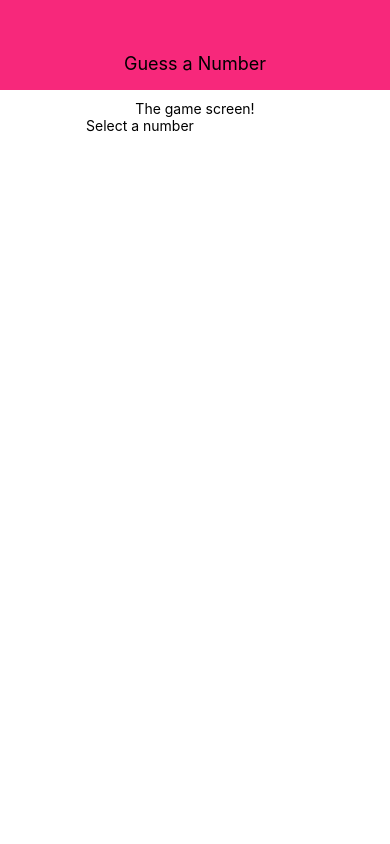
Repository: jes-wd/rn-num-guess
Screen: /
The author's editor kept a copy of each file at every save. The screen is drawn from the files as they stood at one save, then again after a run of saves.
The app was drawn by React Native's web renderer in a window 390 px wide. The project was rebuilt for these pictures with package versions that can differ from the ones it lists, and the page was loaded fresh each time.

Above is the screen before, as saved 2020-03-21 20:21:35.

### App.js
import React from 'react';
import { StyleSheet, View } from 'react-native';

import Header from './components/Header';
import StartGameScreen from './screens/StartGameScreen';

export default function App() {
  return (
    <View style={styles.screen}>
      <Header title="Guess a Number"/>
      <StartGameScreen />
    </View>
  );
}

const styles = StyleSheet.create({
  screen: {
    flex: 1,
  },
});

### components/Header.js
import React from 'react';
import { View, Text, StyleSheet } from 'react-native';

const Header = props => {
  return(
    <View style={styles.header}>
      <Text style={styles.headerTitle}>{props.title}</Text>
    </View>
  );
};

const styles = StyleSheet.create({
  header: {
    width: '100%',
    height: 90,
    paddingTop: 36,
    backgroundColor: '#f7287b',
    alignItems: 'center',
    justifyContent: 'center'
  },
  headerTitle: {
    color: 'black',
    fontSize: 18
  }
});

export default Header;

### screens/StartGameScreen.js
import React from 'react';
import { StyleSheet, View, Text, TextInput } from 'react-native';

const StartGameScreen = props => {
  return (
    <View style={styles.screen} >
      <Text>The game screen!</Text>
      <View>
        <Text>Select a number</Text>
        <TextInput />
      </View>
    </View>
  )
};

const styles = StyleSheet.create({
  screen: {
    flex: 1,
    padding: 10,
    alignItems: 'center'
  }
});

export default StartGameScreen;

After the next 4 saves:
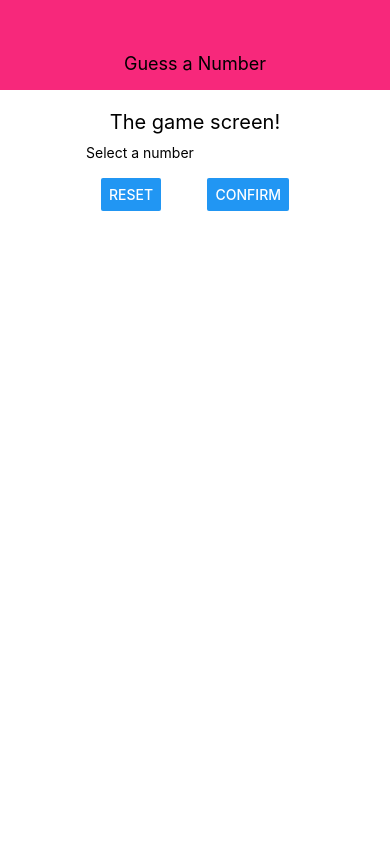
The 4 saves are shown as one change because 3 did not build or start.
The last was saved 24 min 59 s later.
--- a/screens/StartGameScreen.js
+++ b/screens/StartGameScreen.js
@@ -1,16 +1,20 @@
 import React from 'react';
-import { StyleSheet, View, Text, TextInput } from 'react-native';
+import { StyleSheet, View, Text, TextInput, Button } from 'react-native';
 
 const StartGameScreen = props => {
   return (
     <View style={styles.screen} >
-      <Text>The game screen!</Text>
-      <View>
+      <Text style={styles.title}>The game screen!</Text>
+      <View style={styles.inputContainer}>
         <Text>Select a number</Text>
         <TextInput />
+        <View style={styles.buttonContainer}>
+          <Button title="Reset" onPress={() => {}} />
+          <Button title="Confirm" onPress={() => {}} />
+        </View>
       </View>
     </View>
-  )
+  );
 };
 
 const styles = StyleSheet.create({
@@ -18,6 +22,19 @@ const styles = StyleSheet.create({
     flex: 1,
     padding: 10,
     alignItems: 'center'
+  },
+  title: {
+    fontSize: 20,
+    marginVertical: 10
+  },
+  inputContainer: {
+
+  },
+  buttonContainer: {
+    flexDirection: 'row',
+    width: '100%',
+    justifyContent: 'space-between',
+    paddingHorizontal: 15
   }
 });
 
